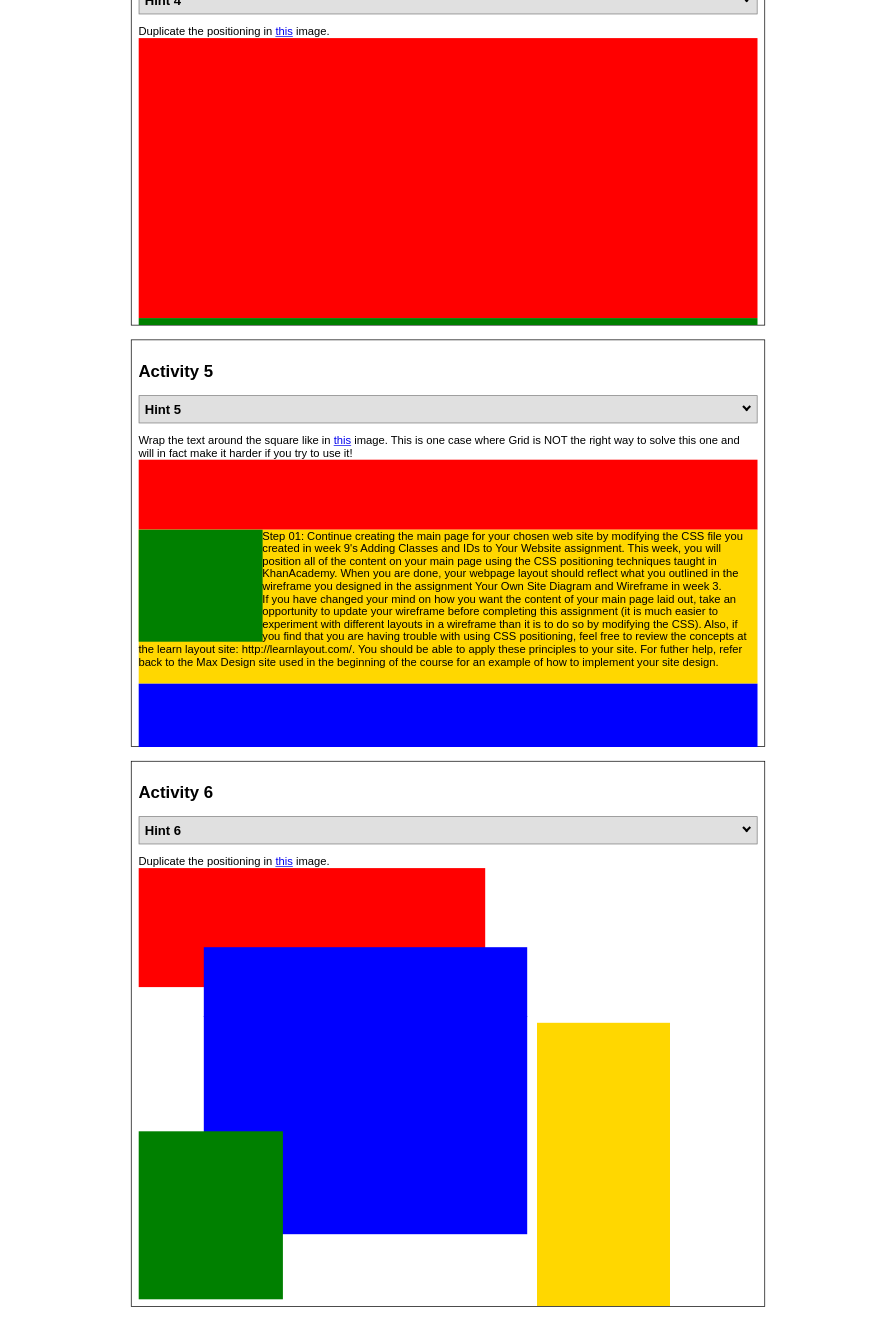
Repository: nak97/WDD-130
Page: positioning.html
An editor plug-in stored every save of this project. The page is shown before and after the next save, followed by the edit.
The browser window is 1280 px wide. The pictures show the part of the page from y = 2490 to 4410 px (the page is 4377 px tall before and 4410 px after), at 70% of full size.
An inner scrolling area shows only its first screen.

Above is the page before, as saved 2023-02-11 18:26:38.

After the next save:
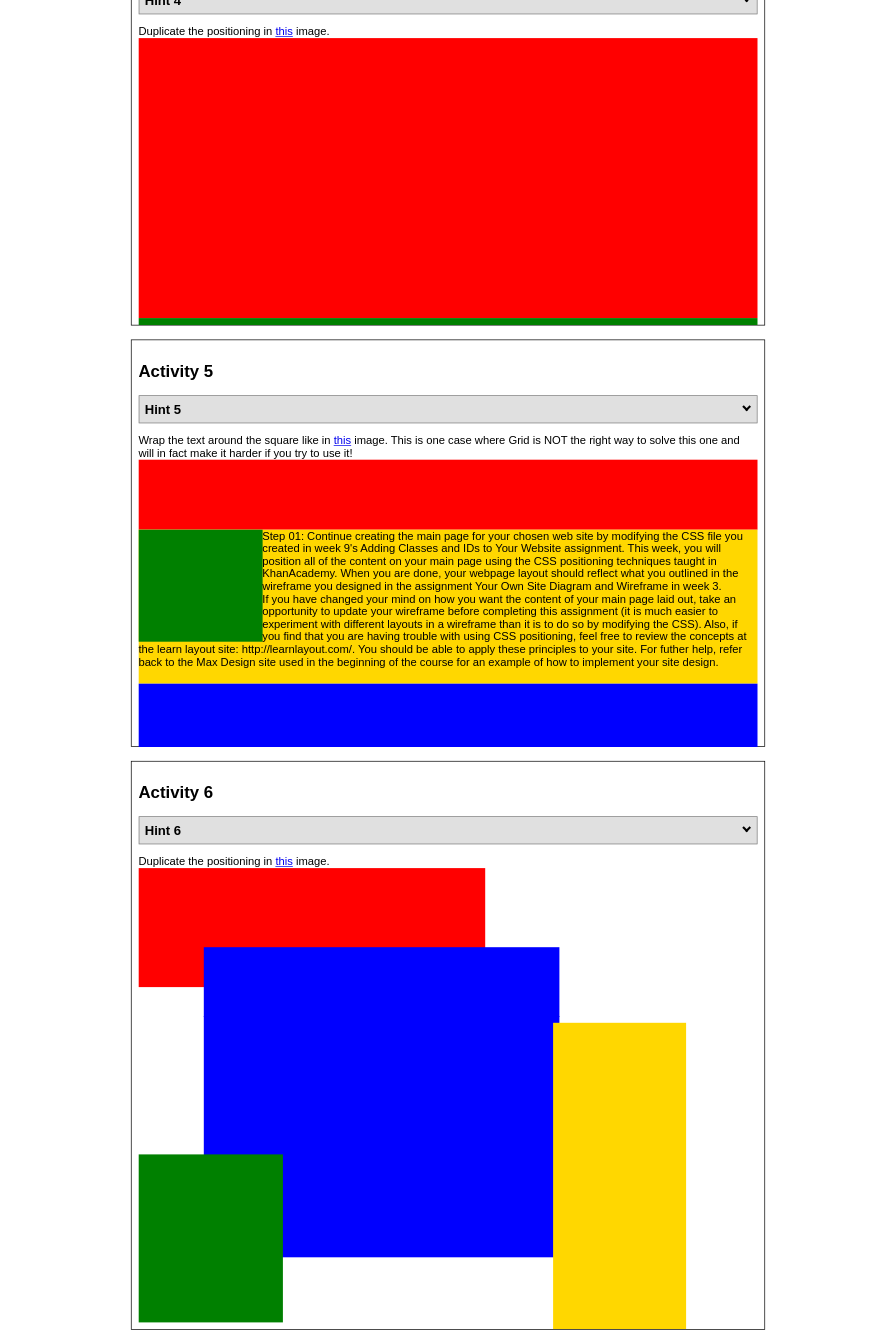
Saved 72 s later.
--- a/positionstyles.css
+++ b/positionstyles.css
@@ -191,8 +191,8 @@
     margin-top: 51px;
 }
 .blue6 {
-  width: 462px;
-  height: 410px;
+  width: 508px;
+  height: 443px;
   background-color: blue;
   position: relative;
   z-index: 100;
